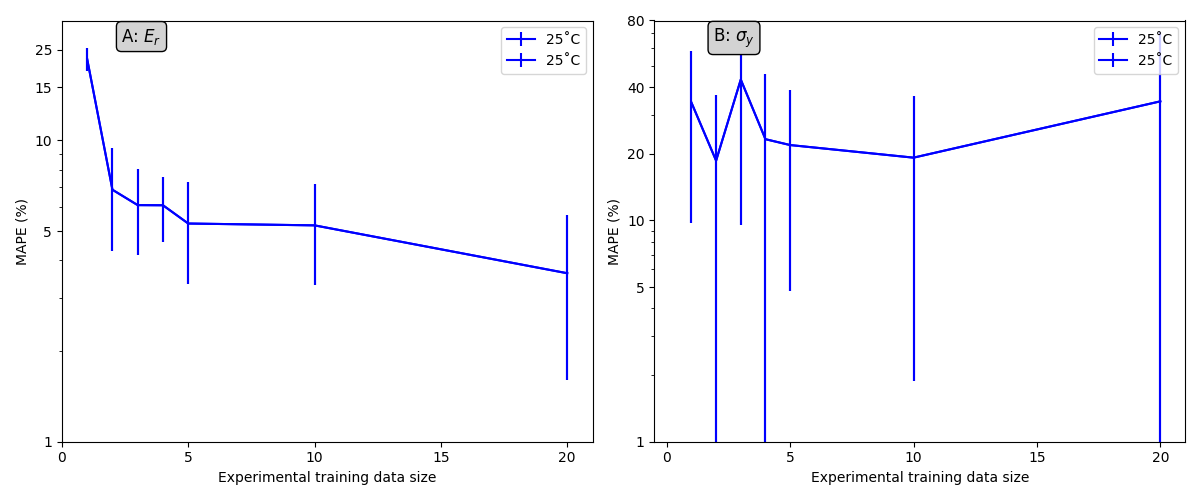
Repository: JoeSpencer1/temperature-dependant
Script's output: python src/figures.py
An editor plug-in stored every save of this project. The script's output is shown before and after the next save, followed by the edit.
Random numbers start from a fixed seed.

Above is the script's output before, as saved 2023-10-29 11:41:08.

After the next save:
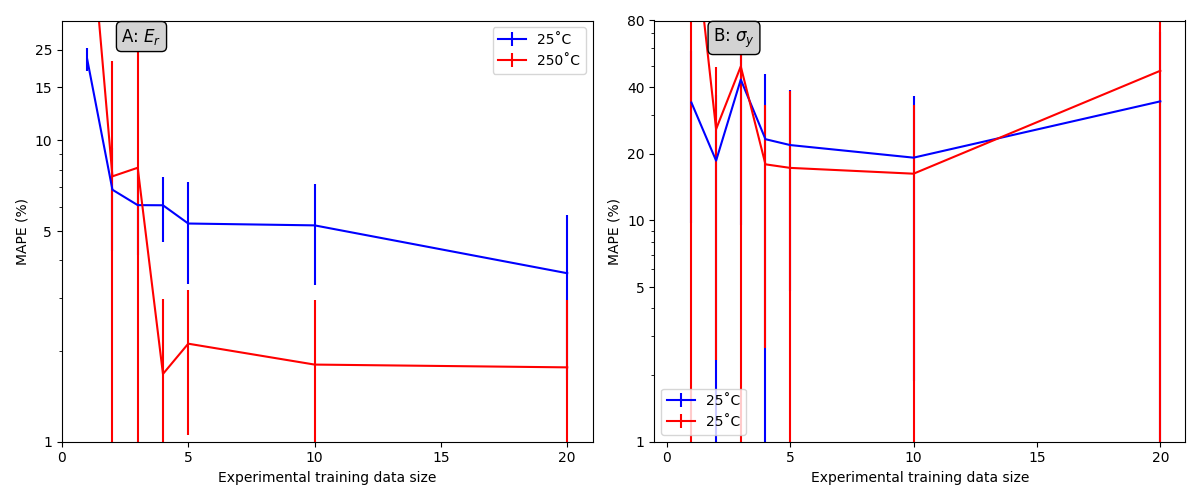
Saved 34 s later.
--- a/src/figures.py
+++ b/src/figures.py
@@ -16,7 +16,7 @@ Ti250σ = [261.21823, 25.825928, 49.60928, 17.916042, 17.266216, 16.254345, 47.4
 
 fig, (ax1, ax2) = plt.subplots(1, 2, figsize=(12, 5))
 ax1.errorbar(n, Ti25E, yerr = εTi25E, color = 'blue', label = "25˚C")
-ax1.errorbar(n, Ti25E, yerr = εTi25E, color = 'blue', label = "25˚C")
+ax1.errorbar(n, Ti250E, yerr = εTi250E, color = 'red', label = "250˚C")
 ax1.set_yscale('log')
 ax1.set_ylim([1, 25])
 ax1.set_xlim([0, 21])
@@ -31,7 +31,7 @@ ax1.annotate("A: $E_{r}$", xy=(0.15, 0.95), xycoords="axes fraction",
               bbox=dict(boxstyle="round,pad=0.3", edgecolor="black", facecolor="lightgray"))
 
 ax2.errorbar(n1, Ti25σ, yerr = εTi25σ, color = 'blue', label = "25˚C")
-ax2.errorbar(n1, Ti25σ, yerr = εTi25σ, color = 'blue', label = "25˚C")
+ax2.errorbar(n1, Ti250σ, yerr = εTi250σ, color = 'red', label = "25˚C")
 ax2.set_yscale('log')
 ax2.set_ylim([1, 80])
 ax2.set_xlim([-0.5, 21])
